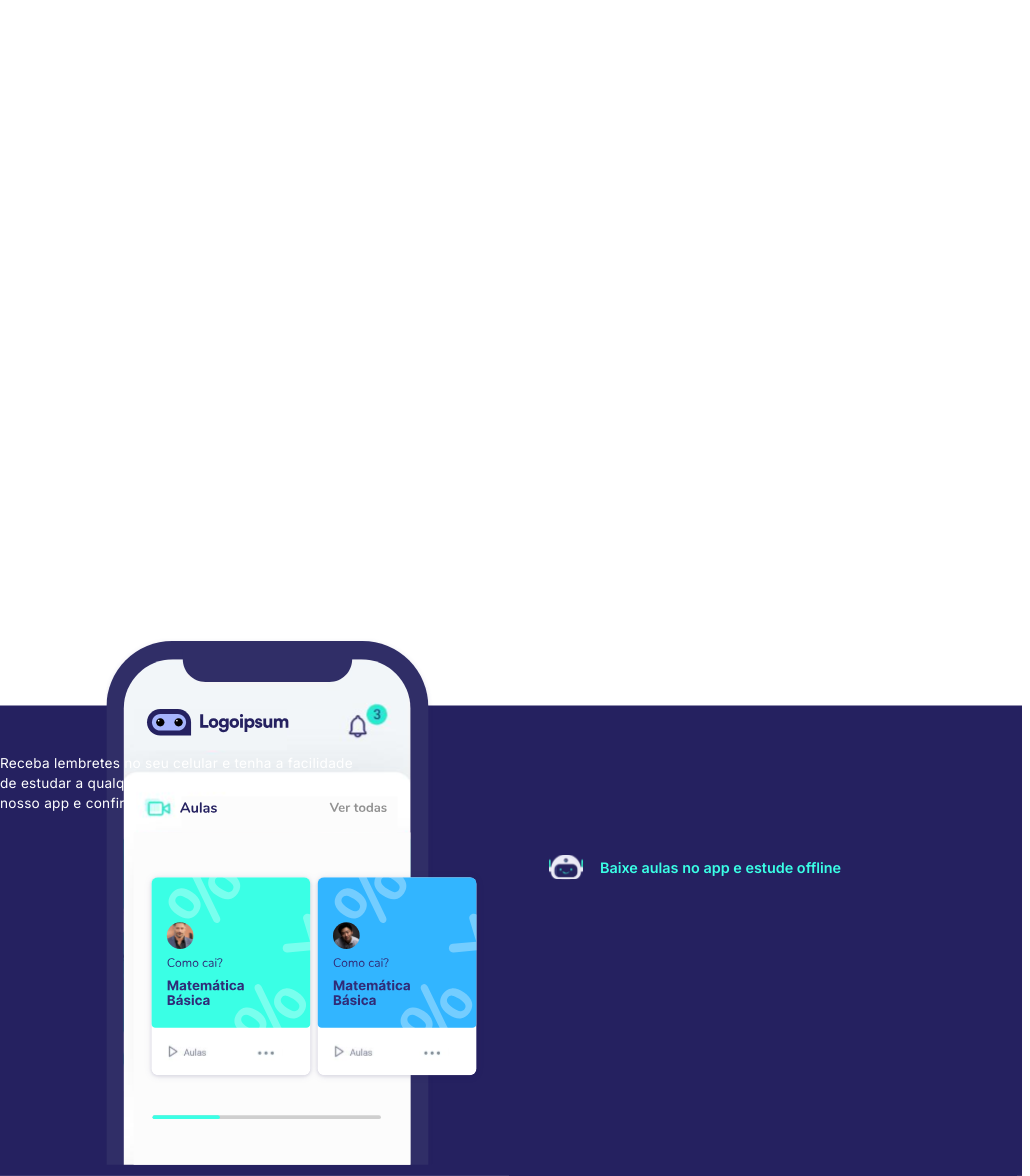
Repository: Williamlmachado/Desafio-Landing-page
Page: index.html
An editor plug-in stored every save of this project. The page is shown before and after the next save, followed by the edit.
The browser window is 1280 px wide. The page is 1472 px wide, so the pictures cover 1472 px, including what lies to the right of the window. The pictures show the part of the page from y = 3527 to 5207 px (the page is 5207 px tall), at 70% of full size.
Some icons come from a web library that is not loaded, so they are not drawn.

Above is the page before, as saved 2021-11-10 16:50:40.

### index.html
<!DOCTYPE html>
<html lang="en">

<head>
  <meta charset="UTF-8">
  <meta http-equiv="X-UA-Compatible" content="IE=edge">
  <meta name="viewport" content="width=device-width, initial-scale=1.0">
  <link rel="stylesheet" href="path/to/font-awesome/css/font-awesome.min.css">
  <link href="https://fonts.googleapis.com/css2?family=Inter:wght@100;200;300;400;500;600&display=swap" rel="stylesheet">
  <link href="https://fonts.googleapis.com/css2?family=Nunito:ital,wght@0,200;0,300;0,400;0,700;0,800;0,900;1,200;1,300;1,400;1,600;1,700;1,800;1,900&display=swap" rel="stylesheet">
  <link href="https://fonts.googleapis.com/css2?family=Fredoka+One&display=swap" rel="stylesheet">
  <link href="https://cdn.jsdelivr.net/npm/bootstrap@5.1.3/dist/css/bootstrap.min.css" rel="stylesheet"
    integrity="sha384-1BmE4kWBq78iYhFldvKuhfTAU6auU8tT94WrHftjDbrCEXSU1oBoqyl2QvZ6jIW3" crossorigin="anonymous">
  <link rel="stylesheet" href="style.css">
  <script src="https://cdn.jsdelivr.net/npm/bootstrap@5.1.3/dist/js/bootstrap.bundle.min.js"
    integrity="sha384-ka7Sk0Gln4gmtz2MlQnikT1wXgYsOg+OMhuP+IlRH9sENBO0LRn5q+8nbTov4+1p"
    crossorigin="anonymous"></script>
  <title>Document</title>

<body>
  <nav class="navbar navbar-expand-lg navbar-light bg-light">
    <a class="navbar-brand" href="#">
      <img src="img/logoipsum-logo-40 2.svg" alt="logo">
    </a>
    <button class="navbar-toggler" type="button" data-toggle="collapse" data-target="#navbarNav" aria-controls="navbarNav" aria-expanded="false" aria-label="Toggle navigation">
      <span class="navbar-toggler-icon"></span>
    </button>
    <nav>
    <div class="collapse navbar-collapse" id="navbarNav">
      <ul class="navbar-nav">
      <nav class="navbar-nav ml-auto">
        <li class="nav-item">
          <a class="nav-link disabled" href="#">Home <span class="sr-only"></span></a>
        </li>
        <li class="nav-item">
          <a class="nav-link disabled" href="#">Quem Somos</a>
        </li>
        <li class="nav-item-right">
          <a class="nav-link disabled" href="#">Plano</a>
        </li>
        <li class="nav-item">
          <a class="nav-link disabled" href="#">Fale Conosco</a>
        </li>
        <li class="nav-item">
          <button class="nav-button" type="button">Entrar</button>
        </li>
      </nav>
      </ul>
    </div>
  </nav>
    <div class="retangle-1">
      <div class="row">
          <div class="retangle-8">
           <div class="col"><img class="spaceboy" src="img/image 3.svg" alt="astronauta"><H4 class="frase1">Seja aprovado no Enem e Vestibulares :)</H4>
          <H1 class="frase2">Você escolhe o que aprender.</H1></div>
          <h4 class="frase3">Aqui você terá toda assistência que precisa
            com materiais desenvolvido por mestres e doutores em matemática</h4>
          <button type="button" class="buttonret"><p class="fraseButton">Veja nossos planos</p><i class="fas fa-arrow-right"></i></button>
          </div>
          </div>
        <div class="col"><img class="boy" src="img/image 8.svg" alt="garoto"></div>
     </div>
    </div>
  <div class="retangle-2">
    <div class="escolas">
    <img src="img/Captura de Tela 2021-05-22 às 02.33 1.svg" alt="escolas">
  </div>
  <div class="row">
    <div class="col"><img class="smallogos" src="img/Group 53.svg" alt="smallogos"><p class="group12"><img class="group12" src="img/Group 12.svg"></p><p><img class="group13" src="img/Group 13.svg"></p><p><img class="group14" src="img/Group 14.svg"></p></div>
    <div class="col"><img class="adolescente" src="img/pretty-teenager-happy-to-be-back-at-university 1.svg" alt="prettyteenager"></div>
  </div>
    <div class="retangle-3">
      <div class="row">
        <div class="column1"><img class="feliz" src="img/image 43.svg" alt="foguete"><div class="frase4"><p>100% MATEMÁTICA</p></div><h3 class="frase5">Matemática pra quem quer entrar na facul</h3><h4 class="frase6">Somos um cursinho online especialista em ensinar matemática. Temos os melhores professores mestres e doutores para tirar suas dúvidas e te ensinar matemática desde a teoria até a resolução de exercícios de todos os níveis.</h4></div></div>

       <div class="column2"><img class="foguete" src="img/image 45.svg" alt="feliz"><div class="frase7"><p>QUER SER APROVADO?</p></div><h3 class="frase8">Se seu foco é ser aprovado, nós estamos aqui por você.</h3><h4 class="frase9">Somos um cursinho online especialista em ensinar matemática. Temos os melhores professores mestres e doutores para tirar suas dúvidas e te ensinar matemática desde a teoria até a resolução de exercícios de todos os níveis.</h4></div></div>
        </div>
      </div>
    </div>
    <div class="retangle-4">
      <div class="row">
        <div class="col"><img class="celular" src="img/Frame 12.svg"><img class="celulardados" src="img/Group 41.svg"><img class="spaceboy2" src="img/image 3.svg" alt="spaceboy2"><h4 class="Baixe">Baixe aulas no app e estude offline</h4><p class="receba">Receba lembretes no seu celular e tenha a facilidade de estudar a qualquer hora e de qualquer lugar.
          Baixe nosso app e confira.</p></div>
        <div class="col"></div>
    </div>
  </div>
  <!-- <footer id="footer" class="py-5">
    <div class="row">
      <div class="col-md-5">
        <img class="" src="img/logoipsum-logo-40 2.svg" alt="logo">
        <div><img class=""src="img/Captura de Tela 2021-05-25 às 19.59 1.svg" alt="androideios"></div>
      </div>
      <div class="col-sm-2">
        <h5>Localização</h5>
        <p>Av. Brg. Faria Lima , 1422 São Paulo - SP </p>
      </div>
      <div class="col-sm-2">
        <h5>Fale Conosco</h5>
        <p>(22) 4442-0126</p>
        <p>info@digihouse.com</p>
      </div>
      <div class="col-sm-2">
        <h5>Política</h5>
        <p>Direitos autorais</p>
        <p>Termos de uso</p>
        <p>Políticas de Privacidade</p>
      </div>
      <hr class="linha"> -->
      <!-- <img class="copyright" src="img/Copyright.svg" alt="copyright"> -->
<span>Copyright 2021. All Right Reserved </span>
  </footer>
  </div>
</body>
</head>
</html>

### style.css
.nav-button{
    display: flex;
    flex-direction: row;
    justify-content: center;
    align-items: center;
    padding: 15px 116px;

    width: 133px;
    height: 43px;
    left: 1239px;
    top: 18px;

    /* Primary */
    background: #252160;

    /* Branco */
    border: 1px solid #FFFFFF;
    box-sizing: border-box;
    border-radius: 6px;
    color: #FFFFFF;
}

.nav-home{
    position: absolute;
    width: 46px;
    height: 22px;
    left: 5px;
    top: 0px;

    font-family: Inter;
    font-style: normal;
    font-weight: bold;
    font-size: 16px;
    line-height: 22px;

    /* identical to box height, or 137% */

    /* Primary */
    color: #252160;
}

.navbrad-brand{
    position: absolute;
    left: 58.02%;
    right: 35.2%;
    top: 34.99%;
    bottom: 29.03%;

    /* Primary */
    background: #252160;
}

#footer{
    position: absolute;
    width: 1550px;
    height: 373px;
    /* left: calc(50% - 1449px/2 + 4.5px); */
    top: calc(50% - 373px/2 + 2603.5px);

    /* Branco */
    background: #FFFFFF;
}

.imagemfooter{
    position: absolute;
    left: 3.51%;
    right: 72.51%;
    top: 18.75%;
    bottom: 18.75%;
    color: #A5B4FC;
}

.linha{
    margin-top: 150px;
    position: absolute;
    width: 1210px;
    left: 135px;
    border: 1px solid rgba(84, 84, 212, 0.34);
}

.col-md-5{
    align-items: center;
    align-content: center;
}

.copyright{

}

.retangle-1{
    position: absolute;
    width: 1440px;
    height: 821px;
    left: 0px;
    top: 79px;

    /* Primary */
    background: #252160;
}

.spaceboy{
    position: absolute;
    width: 50.02px;
    height: 36.06px;
    left: 125px;
    right: 150px;
    flex: none;
    order: 0;
    flex-grow: 0;
    margin: 50px -15px;
    transform: rotate(+15.22deg);
}

.retangle-2{
    position: absolute;
    width: 1440px;
    height: 821px;
    left: 0px;
    top: 900px;
    background: #ffff;
}
.retangle-3{
    position: absolute;
    width: 1440px;
    height: 954px;
    left: 0px;
    top: 800px;
    background: #F8F8F8
}

.escolas{
    position: absolute;
    width: 1270px;
    height: 164px;
    left: 66px;
    top: 35px;
}

.adolescente{
    position: relative;
    width: 600px;
    height: 738px;
    left: 25px;
    top: 105px;
    flex: none;
    order: 0;
    flex-grow: 0;
    margin: 6px 0px;
}

.smallogos{
    position: absolute;
    width: 67.79px;
    height: 403.63px;
    left: 112px;
    top: 275px;
}

.group12{
    position: absolute;
    width: 510.72px;
    height: 141px;
    left: 80px;
    top: 220px;
}

.group13{
    position: absolute;
    width: 510.72px;
    height: 155px;
    left: 195px;
    top: 275px;
}

.group14{
    position: absolute;
    width: 510.72px;
    height: 131px;
    left: 214px;
    top: 618px;
}

.boy{
    position: absolute;
    left: 763px;
    right: 143px;
    top: 153px;
    bottom: 120px;

}

.retangle-8{
    /* Rectangle 8 */

    position: absolute;
    width: 741.6px;
    height: 645.98px;
    left: 60px;
    top: 106px;

    background: #292663;
    border-radius: 124px;
    transform: rotate(-15.22deg);
    }

.frase1{
    position: absolute;
    width: 472px;
    height: 28px;
    top: 81PX;
    left:200px;
    right: 100px;

    font-family: inter;
    font-style: normal;
    font-weight: bold;
    font-size: 20.59px;
    line-height: 26px;

    color: #3AFFE5;

    flex: none;
    order: 1;
    flex-grow: 0;
    margin: 50px -30px;
    transform: rotate(+15.22deg);
}

.frase2{
    position: absolute;
    width: 631px;
    height: 151px;
    left: 65px;
    top: 200px;

    font-family: Fredoka One;
    font-style: normal;
    font-weight: normal;
    font-size: 65.1467px;
    line-height: 76px;
    transform: rotate(+15.22deg);
    /* or 116% */
    letter-spacing: -0.01em;

    /* Branco */
    color: #FFFFFF;
}

.frase3{
    position: absolute;
    width: 523px;
    height: 87px;
    left: 35px;
    top: 350px;

    font-family: Inter;
    font-style: normal;
    font-weight: normal;
    font-size: 19.45px;
    line-height: 29px;
    transform: rotate(+15.22deg);
    /* or 149% */
    letter-spacing: 0.38px;

    color: #FFFFFF;
}

.buttonret{
    display: flex;
    flex-direction: row;
    justify-content: center;
    align-items: center;
    padding: 15px 116px;

    position: absolute;
    width: 380.41px;
    height: 59.33px;
    left: 15px;
    top: 440px;
    transform: rotate(+15.22deg);
    /* Secundary */
    background: #3AFFE5;
    border-radius: 6px;
}

.fraseButton{
    position: static;
    height: 21px;
    left: 22.42%;
    right: 37.1%;
    top: calc(50% - 21px/2 + 0px);

    font-family: Inter;
    font-style: normal;
    font-weight: bold;
    font-size: 17.45px;
    line-height: 21px;
    text-align: center;
    letter-spacing: -0.618281px;

    /* Primary */
    color: #252160;


    /* Inside Auto Layout */
    flex: none;
    order: 0;
    flex-grow: 0;
    margin: 0px 24px;
}

.feliz{

    position: absolute;
    width: 430.2px;
    height: 469.21px;
    left: 817.06px;
    top: 425px;
    background: url(.png);
    transform: rotate(-12.24deg);
}

.frase4{
    position: absolute;
    width: 394.54px;
    height: 30px;
    left: 705px;
    top: 88px;
    font-family: Nunito;
    font-style: normal;
    font-weight: bold;
    font-size: 22px;
    line-height: 30px;
    /* Azul */
    color: #32B5FF;
}

.frase5{
    position: absolute;
width: 575.63px;
height: 122px;
left:705px;
top: 123px;

font-family: Nunito;
font-style: normal;
font-weight: bold;
font-size: 44.83px;
line-height: 61px;

/* Primary */
color: #252160;
}

.frase6{
    position: absolute;
    width: 600px;
    height: 182.69px;
    left: 705px;
    top: 261px;

    font-family: Inter;
    font-style: normal;
    font-weight: normal;
    font-size: 20px;
    line-height: 37px;

    /* or 186% */

    /* Gray - 200 */
    color: #7B7B7B;
}

.frase7{
    position: absolute;
    width: 394.54px;
    height: 30px;
    left: 135px;
    top: 575px;
    font-family: Nunito;
    font-style: normal;
    font-weight: bold;
    font-size: 22px;
    line-height: 30px;
    /* Azul */
    color: #32B5FF;
}


.frase8{
    position: absolute;
    width: 575.12px;
    height: 121.47px;
    left: 135px;
    top: 618.53px;

    font-family: Nunito;
    font-style: normal;
    font-weight: bold;
    font-size: 44.8277px;
    line-height: 61px;

    /* Primary */
    color: #252160;
}

.frase9{
    position: absolute;
    width: 598px;
    height: 157px;
    left: 135px;
    top: 753.53px;

    font-family: Inter;
    font-style: normal;
    font-weight: normal;
    font-size: 20px;
    line-height: 37px;

    /* or 185% */

    /* Gray - 200 */
    color: #7B7B7B;
}

.foguete{
    position: absolute;
    width: 450px;
    height: 450px;
    left: 167px;
    top: 75px;

}

.retangle-4{
    position: absolute;
    width: 1460px;
    height: 672px;
    left: 0px;
    top: 4535px;
    background: #252160;
}

.celular{
    position: absolute;
    width: 480px;
    height: 756px;
    left: 152px;
    top: -100px;
}

.celulardados{
    position: absolute;
    width: 482.9px;
    height: 294.32px;
    left: 207.1px;
    top: 240.53px;

    filter: drop-shadow(0px 1.08032px 5.40161px rgba(37, 33, 96, 0.1));
}
.spaceboy2{
    width: 50.02px;
    height: 36.06px;
    margin-top: 213px;
    margin-left: 784px;
}

.Baixe{
    position: static;
    width: 472px;
    height: 28px;
    left: 213.02px;
    top: 857.02px;

    font-family: Inter;
    font-style: normal;
    font-weight: bold;
    font-size: 20.59px;
    line-height: 26px;

    /* or 124% */

    /* Secundary */
    color: #3AFFE5;


    /* Inside Auto Layout */
    flex: none;
    order: 1;
    flex-grow: 0;
    margin-top: -30px;
    margin-left: 857.02px;
}

.receba{
    position: absolute;
    width: 523px;
    height: 87px;
    left: 0px;
    top: 68.06px;

    font-family: Inter;
    font-style: normal;
    font-weight: normal;
    font-size: 19.45px;
    line-height: 29px;

    /* or 149% */
    letter-spacing: 0.38px;

    /* Branco */
    color: #FFFFFF;
}

After the next save:
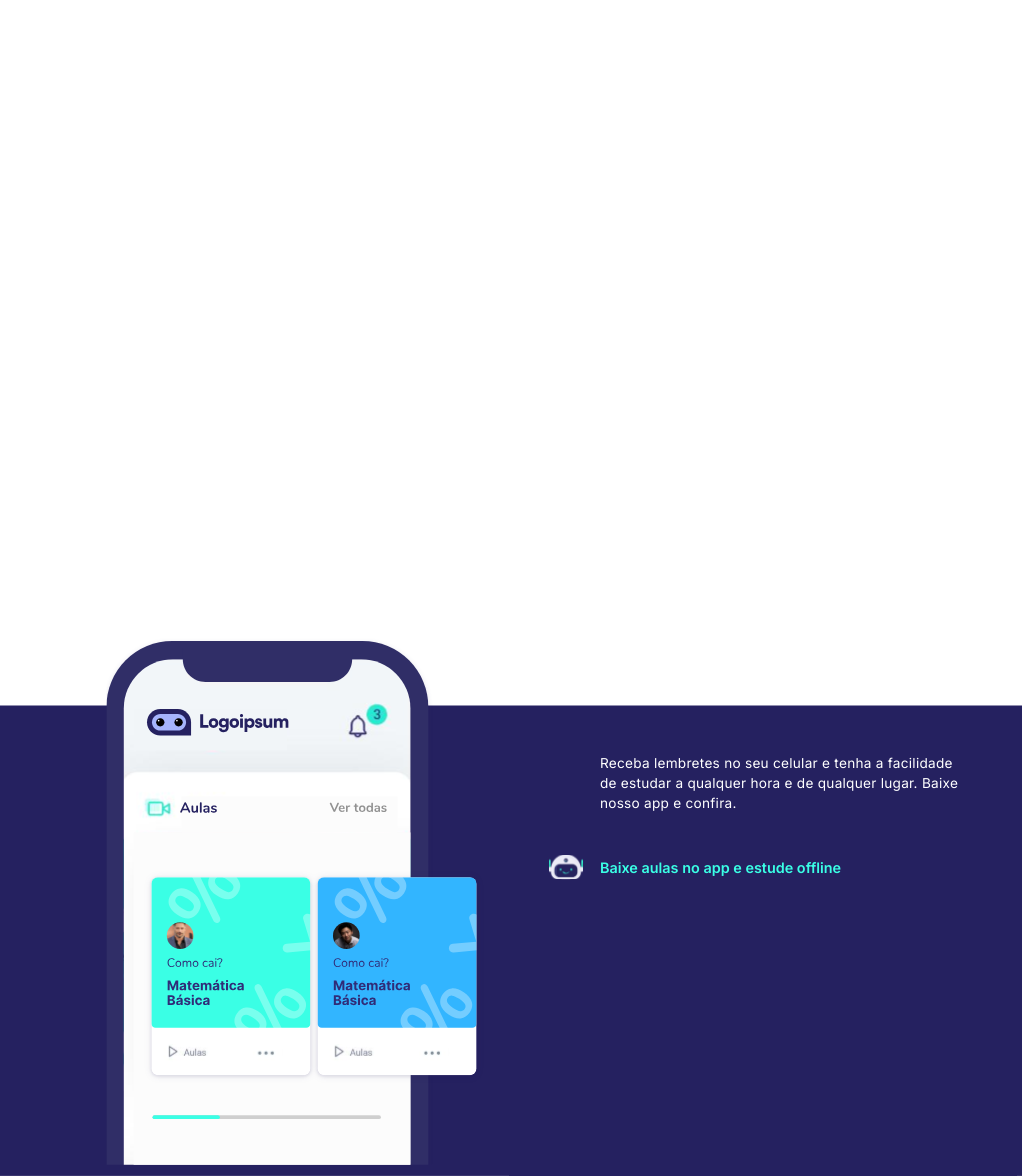
Saved 25 s later.
--- a/style.css
+++ b/style.css
@@ -496,7 +496,7 @@
     position: absolute;
     width: 523px;
     height: 87px;
-    left: 0px;
+    left: 857.02px;
     top: 68.06px;
 
     font-family: Inter;
